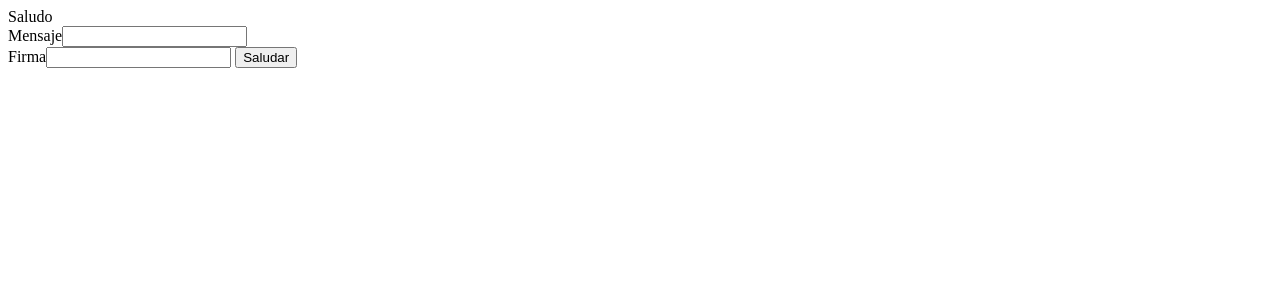
Repository: juvaga2000/eclipsetemp
Page: EjerciciosT1/src/main/webapp/ejer1B.html
These files come from the project's save history. The page is drawn as it stood at one moment and after the next save; the edit follows.
The browser window is 1280 px wide. The pictures show the whole page.

Above is the page before, as saved 2022-10-03 10:49:52.

After the next save:
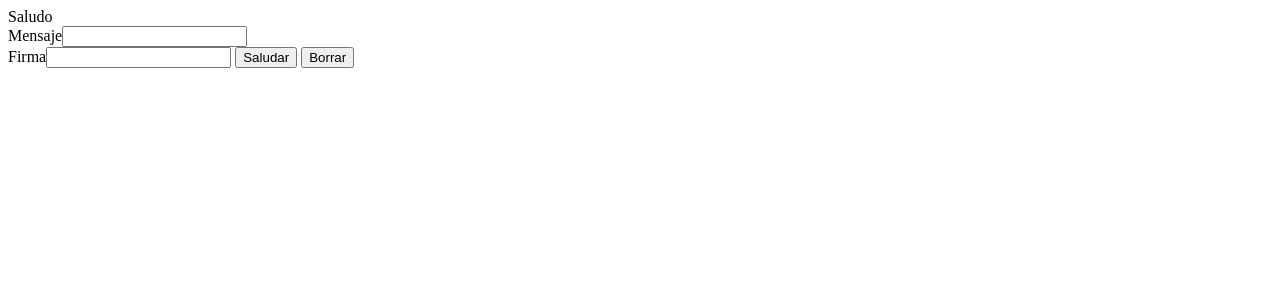
Saved 47 s later.
--- a/EjerciciosT1/src/main/webapp/ejer1B.html
+++ b/EjerciciosT1/src/main/webapp/ejer1B.html
@@ -8,7 +8,8 @@ Saludo
 <form action="ejer1HolaMundoB" method="post">
 	Mensaje<input type="text"><br>
 	Firma<input type="text">
-	<input type="submit" name="button1" value="Saludar" />
+	<input type="submit" name="submit" value="Saludar" />
+	<input type="reset" value="Borrar" />
 </form>
 </body>
 </html>
